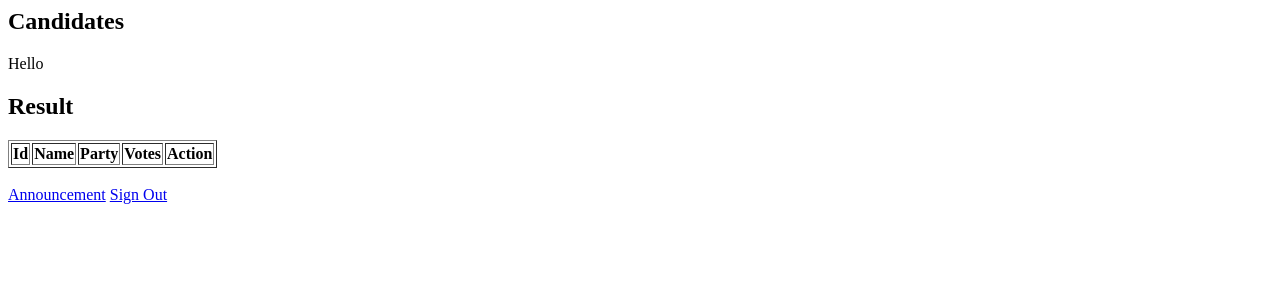
Repository: sunbeam-modular/IIT-08-B-Java
Page: http://localhost/voting_servlet/result
These files come from the project's save history. The page is drawn as it stood at one moment and after a run of saves; the edit follows.
The browser window is 1280 px wide. The pictures show the whole page.
The page is served by Tomcat 10. Queries for data that is not in the repository find no rows.

Above is the page before, as saved 2025-12-23 06:50:15.

After the next 2 saves:
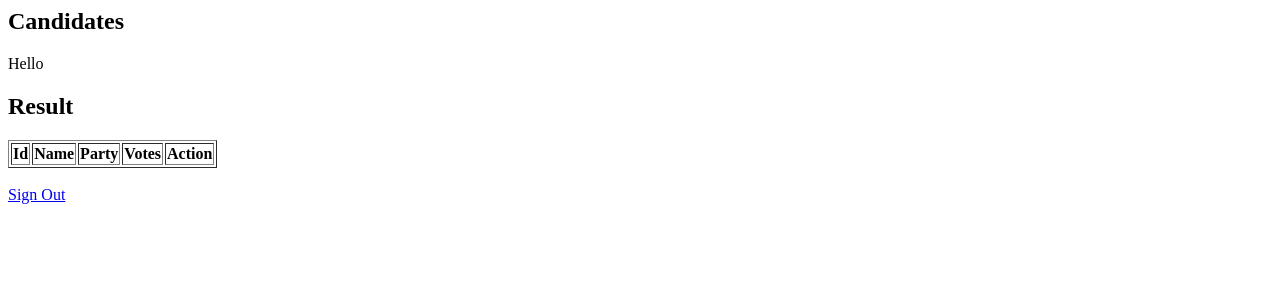
The 2 saves are shown as one change because they came seconds apart.
The last was saved 60 s later.
--- a/Day07/codes/day2/voting_servlet/src/main/java/com/sunbeam/servlets/ResultServlet.java
+++ b/Day07/codes/day2/voting_servlet/src/main/java/com/sunbeam/servlets/ResultServlet.java
@@ -79,7 +79,6 @@ public class ResultServlet extends HttpServlet {
 		}
 		out.println("</table>");
 		out.println("<br/>");
-		out.println("<a href='announce.html'>Announcement</a>");
 		out.println("<a href='logout'>Sign Out</a>");
 		out.println("</body>");
 		out.println("</html>");
